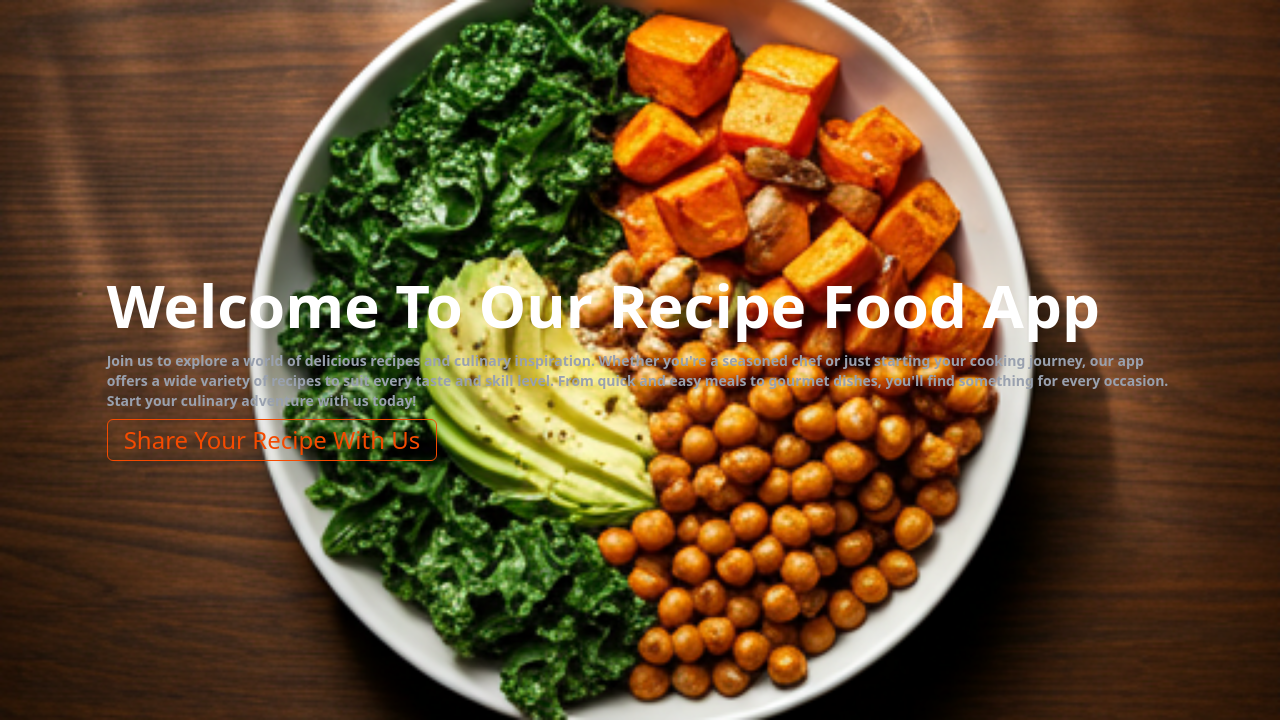
Repository: Eslam0Mohamed/mern-recipe-app
Page: / (app in FrontEnd/)
An editor plug-in stored every save of this project. The page is shown before and after the next save, followed by the edit.
The browser window is 1280 px wide. The pictures show the whole page.
The project was rebuilt for these pictures with package versions that can differ from the ones it lists, and the page was loaded fresh each time. Also part of the build but not shown: FrontEnd/vite.config.js.

Above is the page before, as saved 2026-05-07 18:18:02.

After the next save:
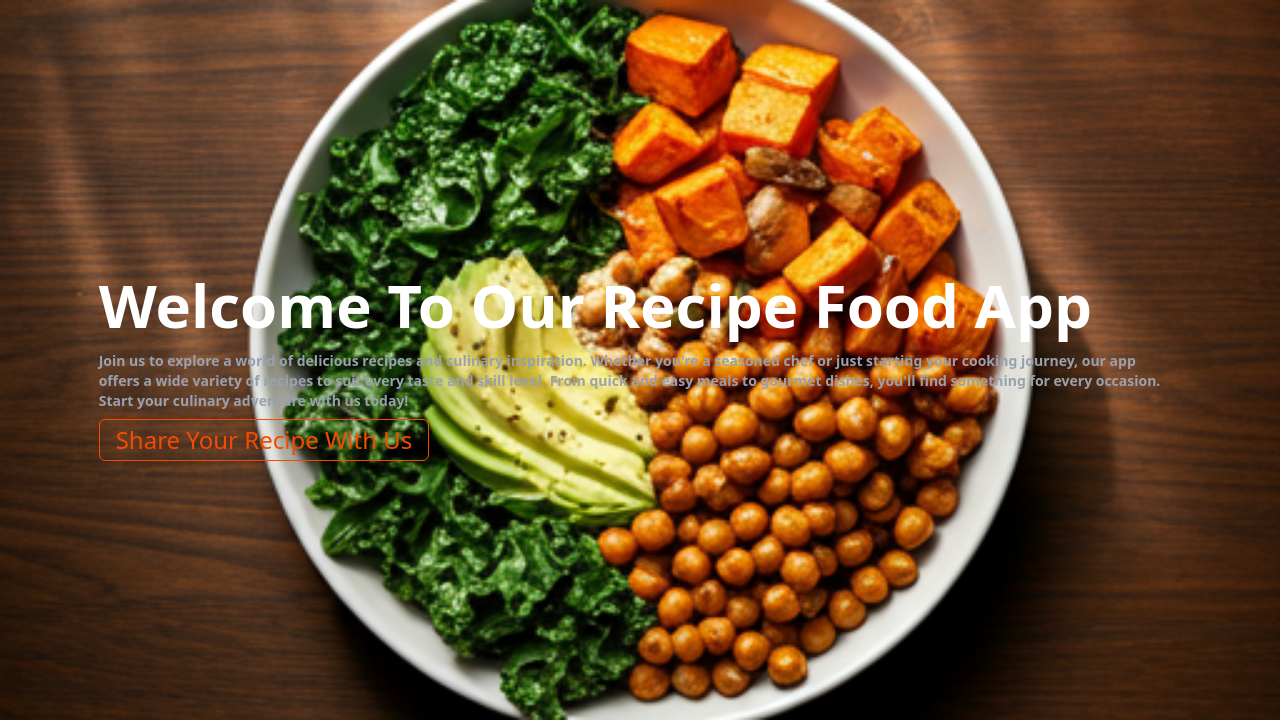
Saved 7 s later.
--- a/FrontEnd/src/pages/Home.jsx
+++ b/FrontEnd/src/pages/Home.jsx
@@ -2,7 +2,7 @@ import React from 'react'
 import backgroundImage from "../assets/bg_2.png"
 function Home() {
   return (
-    <section style={{backgroundImage:`url(${backgroundImage})`,}} className={`bg-cover bg-tertiary h-screen bg-center flex items-center justify-center gap-`}>
+    <section style={{backgroundImage:`url(${backgroundImage})`,}} className={`bg-cover bg-tertiary h-screen bg-center flex items-center justify-center gap-4`}>
       <div className='left container' >
         <h1 className='text-white text-6xl font-semibold my-4'>Welcome To Our Recipe Food App</h1>
         <p className='text-md text-gray-400 font-semibold text-sm my-2'> Join us to explore a world of delicious recipes and culinary inspiration. Whether you're a seasoned chef or just starting your cooking journey, our app offers a wide variety of recipes to suit every taste and skill level. From quick and easy meals to gourmet dishes, you'll find something for every occasion. Start your culinary adventure with us today!</p>
